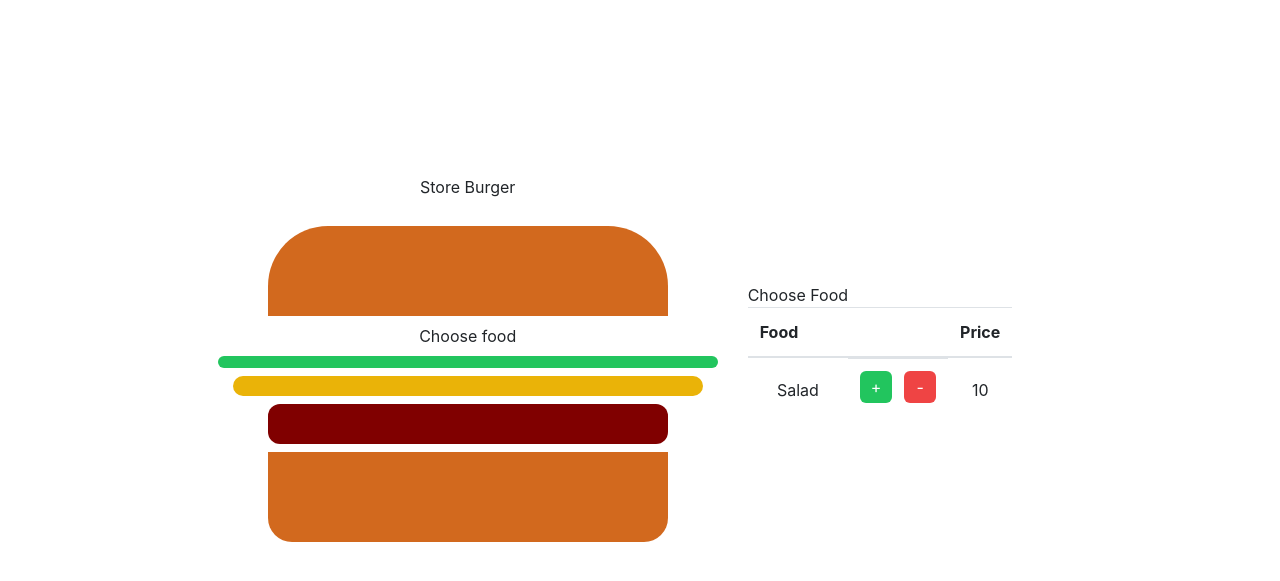
Repository: baobaodeveloper/bootcamp21_HuynhAnhBao_Burger
Page: /
An editor plug-in stored every save of this project. The page is shown before and after the next save, followed by the edit.
The browser window is 1280 px wide. The pictures show the whole page.
The project was rebuilt for these pictures with package versions that can differ from the ones it lists, and the page was loaded fresh each time. Also part of the build but not shown: vite.config.js, src/components/dataBuger/dataSlice.jsx.

Above is the page before, as saved 2022-05-15 18:04:51.

### index.html
<!DOCTYPE html>
<html lang="en">
  <head>
    <title>Title</title>
    <!-- Required meta tags -->
    <meta charset="utf-8" />
    <meta
      name="viewport"
      content="width=device-width, initial-scale=1, shrink-to-fit=no"
    />

    <!-- Bootstrap CSS -->
    <link
      rel="stylesheet"
      href="https://stackpath.bootstrapcdn.com/bootstrap/4.3.1/css/bootstrap.min.css"
      integrity="sha384-ggOyR0iXCbMQv3Xipma34MD+dH/1fQ784/j6cY/iJTQUOhcWr7x9JvoRxT2MZw1T"
      crossorigin="anonymous"
    />
  </head>
  <body>
    <div id="root"></div>
    <!-- Optional JavaScript -->
    <!-- jQuery first, then Popper.js, then Bootstrap JS -->
    <script
      src="https://code.jquery.com/jquery-3.3.1.slim.min.js"
      integrity="sha384-q8i/X+965DzO0rT7abK41JStQIAqVgRVzpbzo5smXKp4YfRvH+8abtTE1Pi6jizo"
      crossorigin="anonymous"
    ></script>
    <script
      src="https://cdnjs.cloudflare.com/ajax/libs/popper.js/1.14.7/umd/popper.min.js"
      integrity="sha384-UO2eT0CpHqdSJQ6hJty5KVphtPhzWj9WO1clHTMGa3JDZwrnQq4sF86dIHNDz0W1"
      crossorigin="anonymous"
    ></script>
    <script
      src="https://stackpath.bootstrapcdn.com/bootstrap/4.3.1/js/bootstrap.min.js"
      integrity="sha384-JjSmVgyd0p3pXB1rRibZUAYoIIy6OrQ6VrjIEaFf/nJGzIxFDsf4x0xIM+B07jRM"
      crossorigin="anonymous"
    ></script>

    <script type="module" src="/src/main.jsx"></script>
  </body>
</html>

### src/main.jsx
import React from "react";
import ReactDOM from "react-dom/client";
import App from "./App";
import "./index.scss";
import { Provider } from "react-redux";
import { store } from "./redux/store";

ReactDOM.createRoot(document.getElementById("root")).render(
  <Provider store={store}>
    <React.StrictMode>
      <App />
    </React.StrictMode>
  </Provider>
);

### src/App.jsx
import Burger from "./components/dataBuger/Burger";

function App() {
  return <Burger></Burger>;
}

export default App;

### src/redux/store.jsx
import { configureStore } from "@reduxjs/toolkit";
import { dataSlice } from "../components/dataBuger/dataSlice";

export const store = configureStore({
  reducer: {
    dataShow: dataSlice.reducer,
  },
});

### src/components/dataBuger/Burger.jsx
import React from "react";

export default function Burger() {
  return (
    <div>
      <div className="flex items-center gap-x-20  w-screen h-screen mx-auto justify-center">
        <div className="flex flex-col justify-center items-center gap-y-2 w-[400px]">
          <h2 className="mb-20">Store Burger</h2>
          <div className="bg-[#D2691E] w-full h-[30px] relative">
            <div className="bg-[#D2691E] w-full h-[60px] absolute top-0 left-0 -translate-y-[60px] rounded-tl-full rounded-tr-full"></div>
          </div>
          <p>Choose food</p>

          {/* loop here */}
          <div className="h-3 bg-green-500 w-[500px] rounded-full"></div>
          <div className="h-5 bg-yellow-500 w-[470px] rounded-full"></div>
          <div className="h-10 bg-[#800000] w-[400px] rounded-xl"></div>

          <div className="w-full bg-[#D2691E] h-[90px] rounded-br-3xl rounded-bl-3xl"></div>
        </div>

        <div className="">
          <table className="table">
            <thead>
              <tr>Choose Food</tr>
              <tr>
                <th scope="col">Food</th>
                <th scope="col"></th>
                <th scope="col">Price</th>
              </tr>
            </thead>
            <tbody>
              <tr>
                <td className="h-[40x] leading-[40px] text-center">Salad</td>
                <td className="flex items-center gap-x-3">
                  <button className="w-8 h-8 flex items-center justify-center text-white leading-none rounded-md bg-green-500">
                    +
                  </button>
                  <button className="w-8 h-8 flex items-center justify-center text-white leading-none rounded-md bg-red-500">
                    -
                  </button>
                </td>
                <td className="h-[40x] text-center leading-[40px]">10</td>
              </tr>
            </tbody>
          </table>
        </div>
      </div>
    </div>
  );
}

Loaded but not shown: src/index.scss (common file); tailwind.config.js (common file)

After the next save:
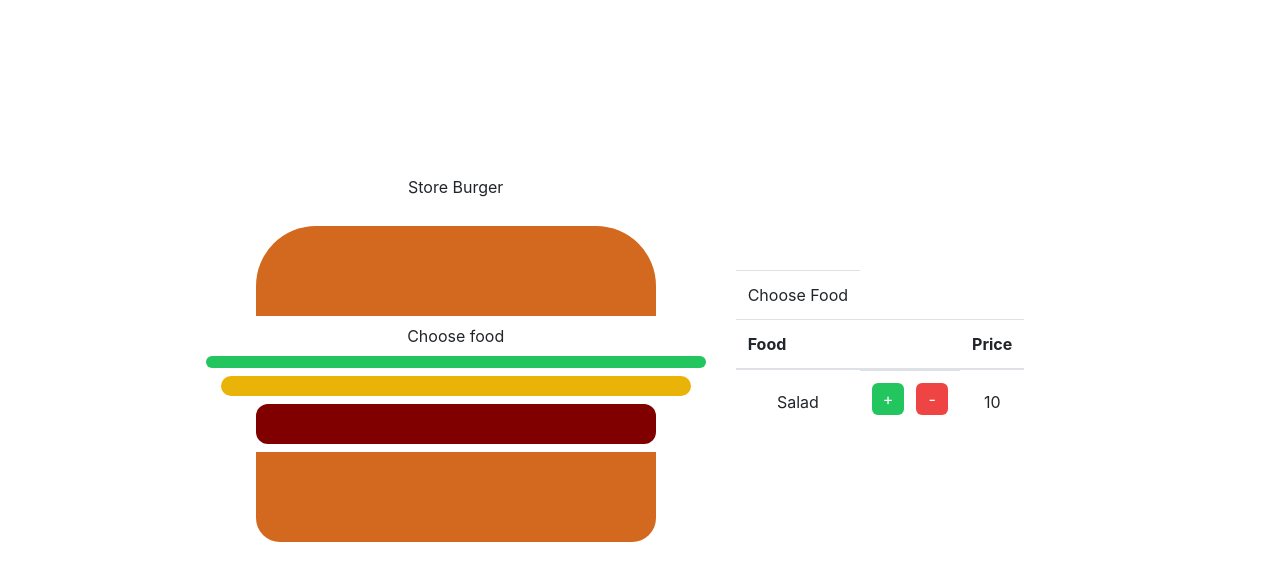
Saved 24 s later.
--- a/src/components/dataBuger/Burger.jsx
+++ b/src/components/dataBuger/Burger.jsx
@@ -22,7 +22,9 @@ export default function Burger() {
         <div className="">
           <table className="table">
             <thead>
-              <tr>Choose Food</tr>
+              <tr>
+                <td>Choose Food</td>
+              </tr>
               <tr>
                 <th scope="col">Food</th>
                 <th scope="col"></th>
